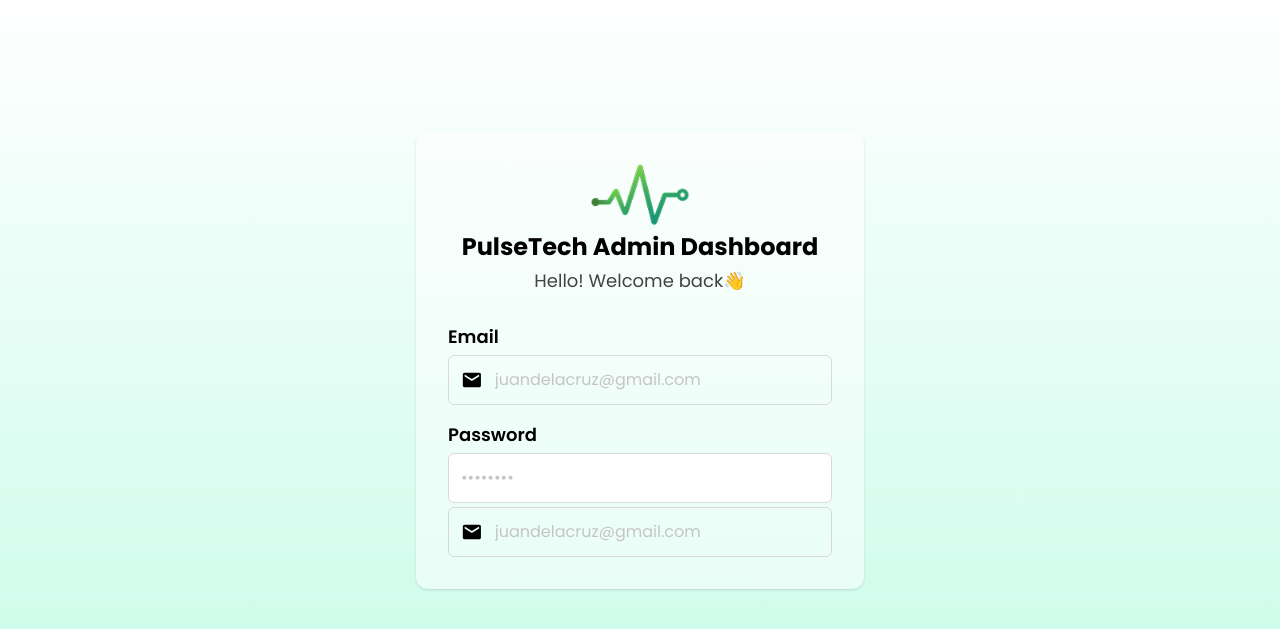
Repository: ShyrineJardin/pulse_admin
Page: /
These files come from the project's save history. The page is drawn as it stood at one moment and after a run of saves; the edit follows.
The browser window is 1280 px wide. The pictures show the whole page.
The project was rebuilt for these pictures with package versions that can differ from the ones it lists, and the page was loaded fresh each time.

Above is the page before, as saved 2026-03-25 11:15:27.

After the next 3 saves:
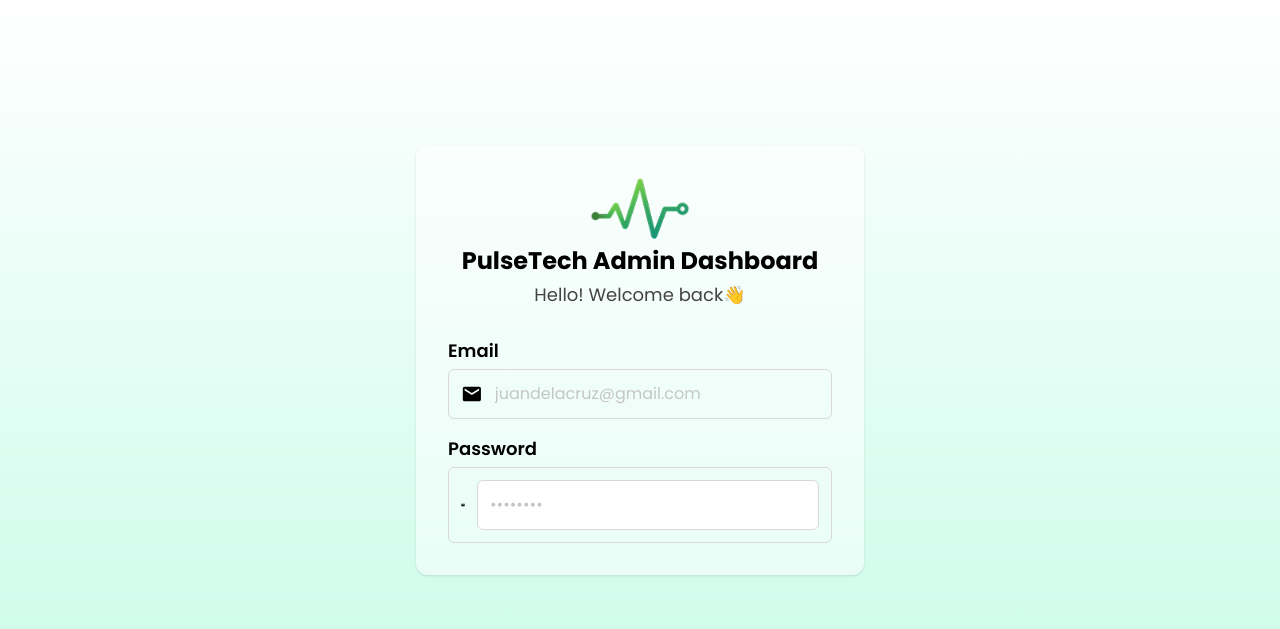
The 3 saves are shown as one change because they came seconds apart.
The last was saved 9 s later.
--- a/src/components/Login.jsx
+++ b/src/components/Login.jsx
@@ -21,10 +21,9 @@ const Login = () => {
                         </div>
                         <div className="flex flex-col gap-1">
                             <h3 className="text-left font-semibold text-lg">Password</h3>
-                            <input type="password" placeholder="••••••••" className="bg-#F6F6F6 p-3 placeholder:text-[#C5C5C5] border border-[#D9D9D9] rounded-md focus:outline-none focus:ring-2 focus:ring-primary" />
                             <div className="flex items-center gap-3 bg-#F6F6F6 p-3 border border-[#D9D9D9] rounded-md focus-within:ring-2 focus-within:ring-primary">
                                 <MdEmail className="h-6 w-6" />
-                                <input type="email" placeholder="juandelacruz@gmail.com" className=" placeholder:text-[#C5C5C5] bg-transparent outline-none w-full" />
+                                <input type="password" placeholder="••••••••" className="bg-#F6F6F6 p-3 placeholder:text-[#C5C5C5] border border-[#D9D9D9] rounded-md focus:outline-none focus:ring-2 focus:ring-primary" />
                             </div>
                         </div>
                     </div>
